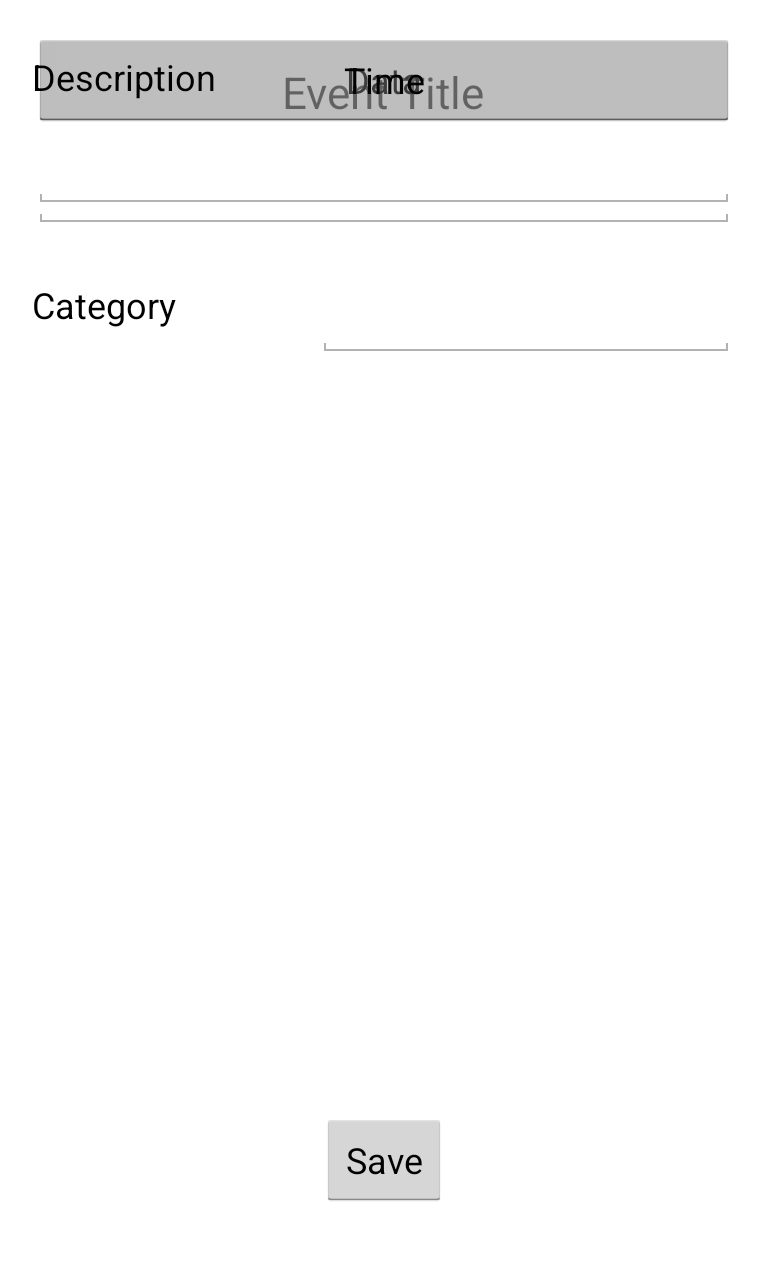
Repository: ctc8631/Android-dev
Layout: WorkDone/res/layout/activity_main.xml
An editor plug-in stored every save of this project. The layout is shown before and after the next save, followed by the edit.
It is drawn on a 768 x 1280 px phone screen (xhdpi) without system bars, with theme AppTheme; the app's code is not run.

Above is the layout before, as saved 2013-09-11 13:10:09.

After the next save:
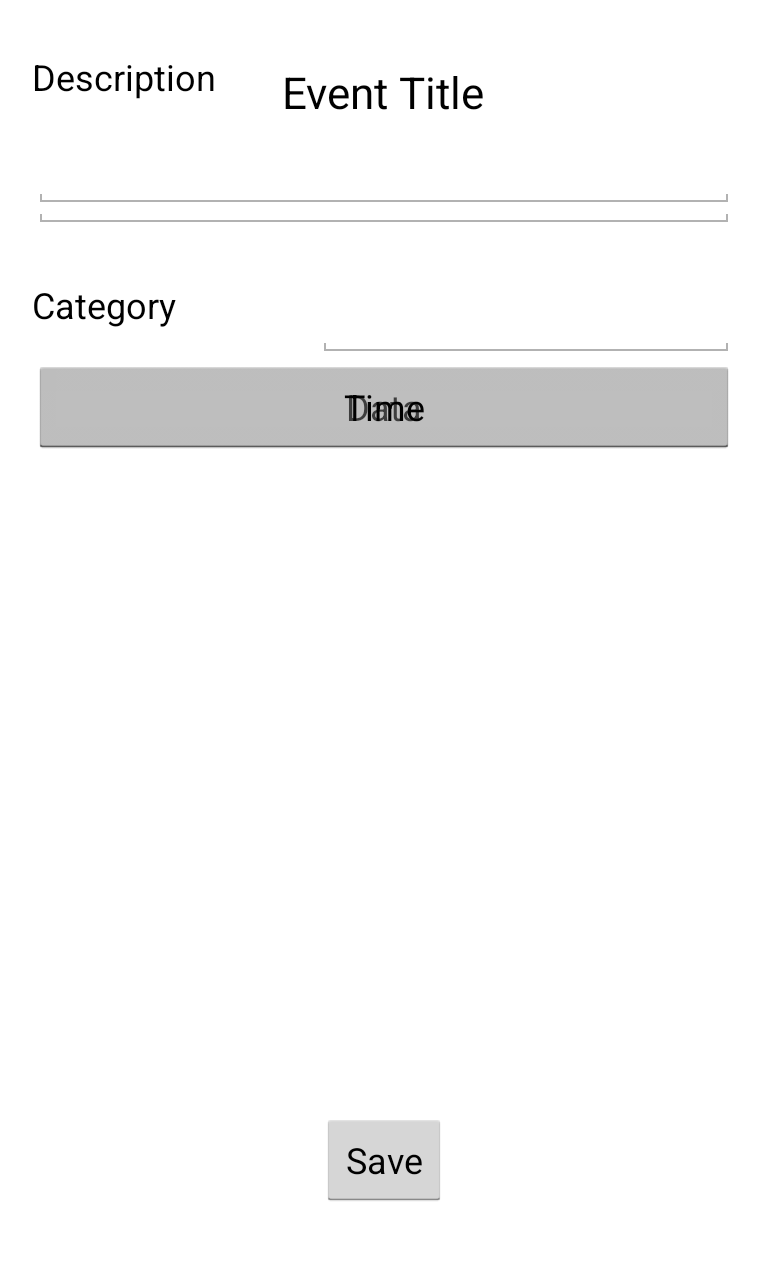
Saved 96 s later.
--- a/WorkDone/res/layout/activity_main.xml
+++ b/WorkDone/res/layout/activity_main.xml
@@ -54,6 +54,7 @@
 	    android:id="@+id/datepickerbutton"
 	    android:layout_width="fill_parent"
 	    android:layout_height="wrap_content"
+	    android:layout_below="@+id/cat"
 	    android:text="@string/event_date"
 	 	/>
 
@@ -61,6 +62,7 @@
 	    android:id="@+id/timepickerbutton"
 	    android:layout_width="fill_parent"
 	    android:layout_height="wrap_content"
+	    android:layout_below="@+id/cat"
 	    android:text="@string/event_time"
 	 	/>
 
